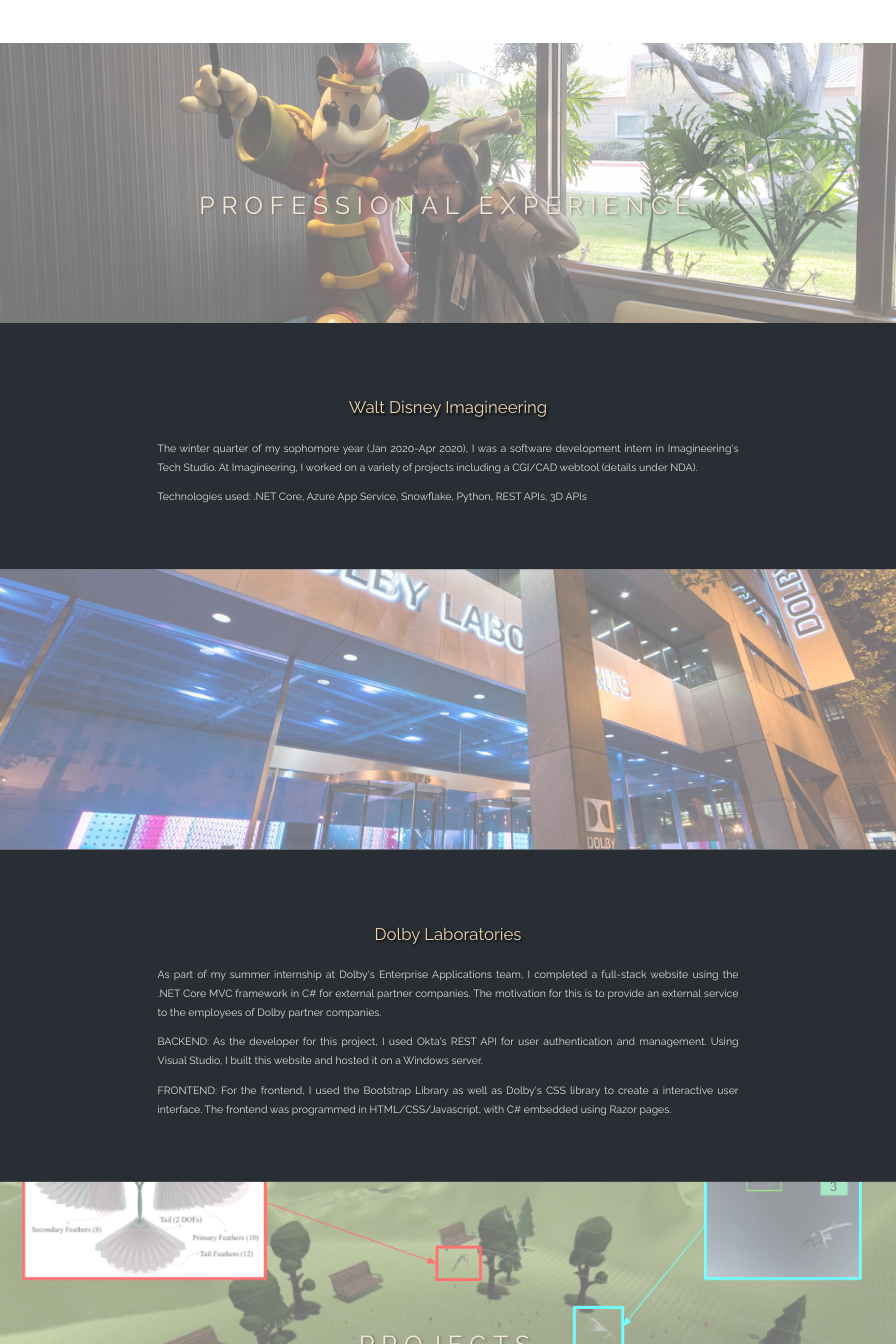
Repository: aliyuanh/me
Page: index.html
An editor plug-in stored every save of this project. The page is shown before and after a run of saves, followed by the edit.
The browser window is 1280 px wide. The pictures show the part of the page from y = 968 to 2888 px (the page is 6379 px tall), at 70% of full size.
Backgrounds fixed to the window are drawn as part of the page.

Above is the page before, as saved 2020-09-17 14:10:45.

### index.html
<!DOCTYPE html>
<html>

<head>
    <link href="https://fonts.googleapis.com/css2?family=Raleway:ital,wght@0,100;0,400;1,400;1,500&display=swap" rel="stylesheet">
    <meta name="viewport" content="width=device-width, initial-scale=1">
    <style>
         :root {
            --oxford-blue: #0b132bff;
            --space-cadet: #1c2541ff;
            --cadet-blue: #4da1a9ff;
            --wheat: #edd4b2ff;
            --mountbatten-pink: #9a7aa0ff;
        }

        body,
        html {
            height: 100%;
            margin: 0;
            font: 400 15px/1.8 "Raleway", sans-serif;
            color: #777;
            scroll-behavior: smooth;
        }

        .bgimg-1,
        .bgimg-2,
        .bgimg-3,
        .bgimg-boids,
        .bgimg-raytracer,
        .bgimg-3d4e {
            position: relative;
            opacity: 0.55;
            background-attachment: fixed;
            background-position: center;
            background-repeat: no-repeat;
            background-size: cover;
        }

        .bgimg-1 {
            background-image: url("img/tokyo.jpg");
            min-height: 100%;
        }

        .bgimg-2 {
            background-image: url("img/imagineering.jpg");
            min-height: 400px;
        }

        .bgimg-3 {
            background-image: url("img/dolby.jpg");
            min-height: 400px;
        }

        .bgimg-boids {
            background-image: url("img/boids.png");
            min-height: 400px;
        }

        .bgimg-raytracer {
            background-image: url("img/raytracer.png");
            min-height: 400px;
        }

        .bgimg-3d4e {
            background-image: url("img/table3D4E.JPG");
            min-height: 400px;
        }

        .caption {
            position: absolute;
            left: 0;
            top: 50%;
            width: 100%;
            text-align: center;
            color: #000;
        }

        .caption span.border {
            background-color: var(--oxford-blue);
            color: var(--wheat);
            padding: 18px;
            font-size: 25px;
            letter-spacing: 10px;
        }

        h3 {
            letter-spacing: 5px;
            text-transform: uppercase;
            font: 20px "Raleway", sans-serif;
            color: #111;
        }
        /* Turn off parallax scrolling for tablets and phones */

        .toResume {
            top: 10%;
            width: 100%;
            right: 10%;
            text-align: right;
            color: #000;
            position: absolute;
        }

        .resumeButton {
            background-color: var(--space-cadet);
            color: var(--wheat);
            padding: 18px;
            font-size: 16px;
            letter-spacing: 6px;
        }

        .headers {
            padding: 18px;
            font-size: 25px;
            letter-spacing: 10px;
            background-color: transparent;
            font-size: 35px;
            color: var(--wheat);
            text-shadow: 2px 2px 4px #000;
        }

        .blockForText {
            color: #ddd;
            background-color: #282E34;
            text-align: center;
            padding: 5em 15em;
            text-align: justify;
        }

        .titleForBlock {
            color: var(--wheat);
            background-color: transparent;
            text-align: center;
            top: 1em;
            font-size: x-large;
            text-shadow: 2px 2px 4px #000;
        }

        .toSections {
            color: var(--mountbatten-pink);
            background-color: var(--space-cadet);
            width: fit-content;
            padding: 1em;
            text-decoration: none;
            text-shadow: 2px 2px 4px #000;
        }

        @media only screen and (max-device-width: 1024px) {
            .bgimg-1,
            .bgimg-2,
            .bgimg-3 {
                background-attachment: scroll;
            }
        }
        /* CSS HEX */
    </style>
</head>

<body>

    <div class="bgimg-1">
        <div class="toResume">
            <a class="resumeButton" href="https://drive.google.com/file/d/1WPi9M0jbwAtVQjWsxIvFWxaKqeurGUjf/view?usp=sharing">RESUME</a>
        </div>
        <div class="caption">
            <span class="border">AMANDA HAN</span>
        </div>
        <div class="caption" style="top:60%;">
            <div class="border" style="margin:auto;">
                <a href="#professional" class="toSections">professional</a>
                <a href="#projects" class="toSections">projects</a>
                <a href="#personal" class="toSections">personal</a>
            </div>
        </div>
    </div>

    <div class="blockForText" style="color: #777;background-color:white;">
        <h3 style="text-align:center;">Hi! I'm Amanda.</h3>
        <p> I'm a software developer interested in computer graphics and computer vision. Right now, I'm a junior Computer Science major at UCLA (go Bruins!). If you want to take a look at my coding projects, check out <a href="https://github.com/aliyuanh">my Github</a>.
            And, if you want to connect then message me on <a href="https://www.linkedin.com/in/aliyuanh/">LinkedIn</a>.
        </p>
    </div>

    <div class="bgimg-2" id="professional">
        <div class="caption">
            <span class="headers">PROFESSIONAL EXPERIENCE</span>
        </div>
    </div>

    <div style="position:relative;">
        <div class="blockForText">
            <p class="titleForBlock">Walt Disney Imagineering</p>
            <p>The winter quarter of my sophomore year (Jan 2020-Apr 2020), I was a software development intern in Imagineering's Tech Studio. At Imagineering, I worked on a variety of projects including a CGI/CAD webtool (details under NDA).
            </p>
            <p>
                Technologies used: .NET Core, Azure App Service, Snowflake, Python, REST APIs, 3D APIs
            </p>
        </div>
    </div>

    <div class="bgimg-3">
        <div class="caption">
            <span class="border" style="background-color:transparent;font-size:25px;color: #f7f7f7;"></span>
        </div>
    </div>

    <div style="position:relative;">
        <div class="blockForText">
            <p class="titleForBlock">Dolby Laboratories</p>
            <p>As part of my summer internship at Dolby's Enterprise Applications team, I completed a full-stack website using the .NET Core MVC framework in C# for external partner companies. The motivation for this is to provide an external service to
                the employees of Dolby partner companies.
            </p>
            <p>
                BACKEND: As the developer for this project, I used Okta's REST API for user authentication and management. Using Visual Studio, I built this website and hosted it on a Windows server.
            </p>
            <p>
                FRONTEND: For the frontend, I used the Bootstrap Library as well as Dolby's CSS library to create a interactive user interface. The frontend was programmed in HTML/CSS/Javascript, with C# embedded using Razor pages.
            </p>
        </div>
    </div>

    <div class="bgimg-boids" id="projects">
        <div class="caption">
            <span class="headers">PROJECTS</span>
        </div>
    </div>

    <div style="position:relative;">
        <div class="blockForText">
            <p class="titleForBlock">Examining Realistic Animation for Bird Flight Locomotion and Flocking Behavior </p>
            <p class="titleForBlock" style="font-size:medium; top: 1em; color: var(--mountbatten-pink);"> An exploration into realistic and intelligent boids</p>
            <p>This was a 5-person project for a graduate-level seminar, CS 275 - Artificial Life with Computer Vision and Computer Graphics led by professor Demetri Terzopoulos. Our motivation for this project was that life simulations focused on one aspect
                of artificial life--either locomotion, flock behavior, or sensory input--but not all at the same time!
            </p>
            <p>Our project examines the flocking of birds given the ability to interact with the world around them. Our flocking behavior is based off of Craig Reynolds's Boids algorithm (intelligent flocking without collisions), with additional perching
                (with tiredness) and obstacle avoidance behaviors. Our birds have hunger and eat based on their hunger. In addition, they have the feeling of fear--when they see an enemy, they flee. This sensation of fear is incorporated based on simulated
                vision using computer vision (Tiny YoloV3). Birds also flee when they sense pheromones of fear from other birds, allowing for birds who have not seen the enemy directly to move with the flock.
            </p>
            <p>For a more detailed look at our work, check out <a href="https://drive.google.com/file/d/1roD6f6O2y-D9oC9Y6kRLfV5ygv2Oxyie/view?usp=sharing">our presentation</a> or <a href="https://drive.google.com/file/d/1EKCrtCoSiOdHSjfQbJRRv11yyhfx--Px/view?usp=sharing">our paper</a>.
                Or, look at our <a href="https://drive.google.com/file/d/12JEu3iI_67wFTZNxgG1uEgkiTlGqgM8I/view?usp=sharing">video demo!</a>
            </p>
        </div>
    </div>

    <div class="bgimg-raytracer">
        <div class="caption">
            <span class="headers"></span>
        </div>
    </div>
    <div style="position:relative;">
        <div class="blockForText">
            <p class="titleForBlock" style="color:var(--mountbatten-pink)">Raytracer</p>
            <p>This is a basic pathtracer for diffuse, glass, and metal materials with a positionable camera! Currently being developed in C++. Based on the guide from Peter Shirley.</p>
            <p>Planned Progress:</p>
            <ol>
                <li>Multithreading</li>
                <li>Directional lights</li>
                <li>Ellipses</li>
                <li>Image Denoising using ML in Python (inspired by ACM Siggraph's Machine Learning and Neural Networks course)</li>
            </ol>
        </div>
    </div>


    <div class="bgimg-3d4e" id="personal">
        <div class="caption">
            <span class="headers">Personal</span>
        </div>
    </div>
    <div style="position:relative;">
        <div class="blockForText">
            <p class="titleForBlock" style="color:var(--mountbatten-pink)">3D4E</p>
            <p>In my free time, I'm the Vice President of 3D4E@UCLA (3D Printing for Everyone). Projects I've worked on include:</p>
            <ol>
                <li>Musical Instruments (recorder, tambourine)</li>
                <li>Hexaglow - a 3D printed, motion activated glove</li>
                <li>D-bot - an open source 3D printed 3D printer</li>
            </ol>
            <p>As Vice President, I deal with all the administrative details and recruitment, as well as leading some workshops on 3D modeling and printing.</p>
            <p>I've also co-led the initiative with AIRES (AI Ethics Society @ UCLA) to 3D print face shields (PPE) for local hospitals. </p>
            <p> Software I use for 3D modeling/3D printing includes:</p>
            <ol>
                <li>Fusion 360</li>
                <li>Autodesk Maya</li>
                <li>Zbrush (Core)</li>
                <li>MeshMixer</li>
                <li>Slicers (Cura, Simplify3D, PrusaSlicer)</li>
            </ol>
        </div>
    </div>

    <div class="bgimg-1">
        <div class="caption">
            <span class="border"><a href="mailto: aliyuanh@ucla.edu" style="color:#ddd ">Email me!</a></span>
        </div>
    </div>

</body>

</html>

After the next 2 saves:
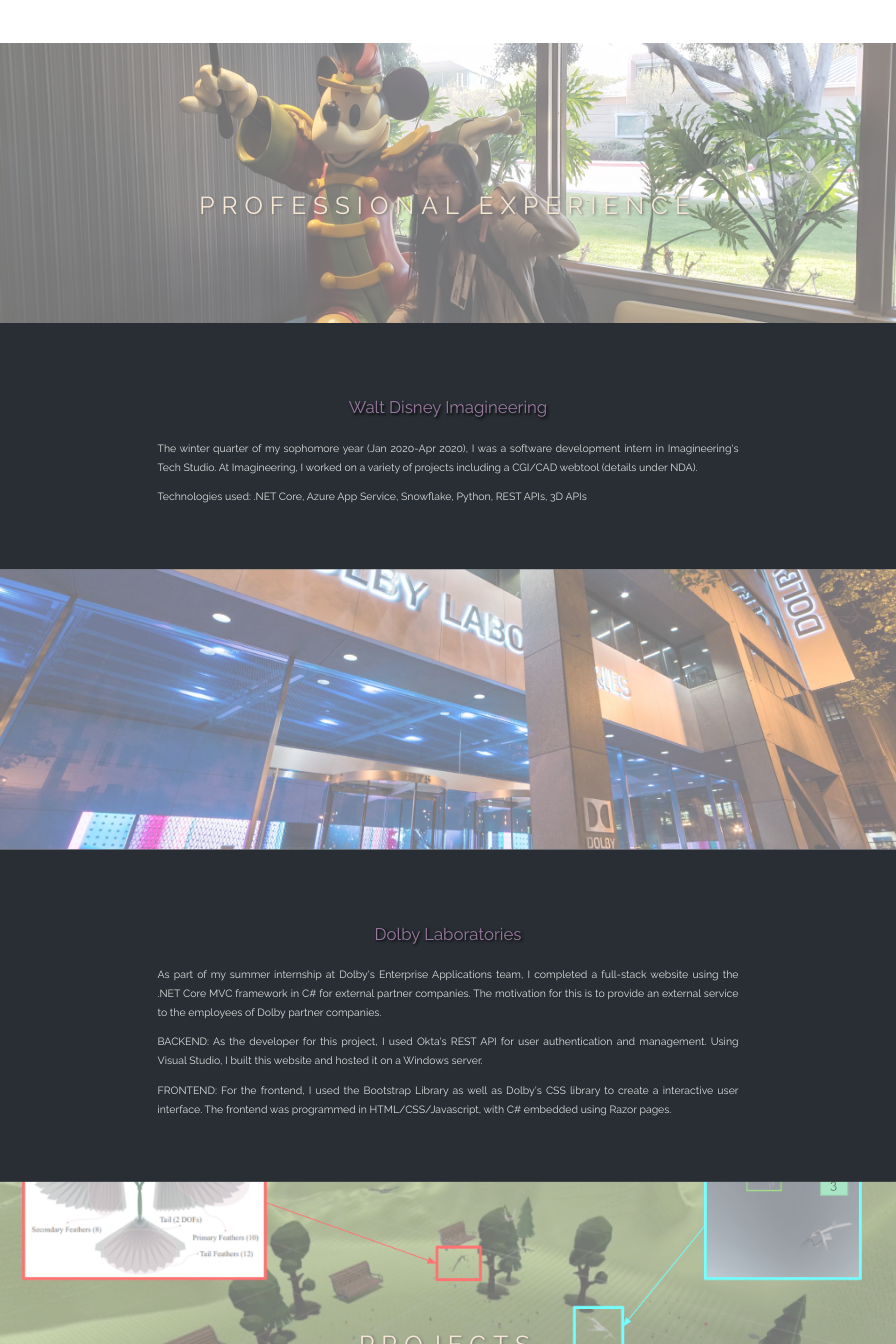
The 2 saves are shown as one change because they came seconds apart.
The last was saved 13 s later.
--- a/index.html
+++ b/index.html
@@ -188,7 +188,7 @@
 
     <div style="position:relative;">
         <div class="blockForText">
-            <p class="titleForBlock">Walt Disney Imagineering</p>
+            <p class="titleForBlock" style="color:var(--mountbatten-pink)">Walt Disney Imagineering</p>
             <p>The winter quarter of my sophomore year (Jan 2020-Apr 2020), I was a software development intern in Imagineering's Tech Studio. At Imagineering, I worked on a variety of projects including a CGI/CAD webtool (details under NDA).
             </p>
             <p>
@@ -205,7 +205,7 @@
 
     <div style="position:relative;">
         <div class="blockForText">
-            <p class="titleForBlock">Dolby Laboratories</p>
+            <p class="titleForBlock" style="color:var(--mountbatten-pink)">Dolby Laboratories</p>
             <p>As part of my summer internship at Dolby's Enterprise Applications team, I completed a full-stack website using the .NET Core MVC framework in C# for external partner companies. The motivation for this is to provide an external service to
                 the employees of Dolby partner companies.
             </p>
